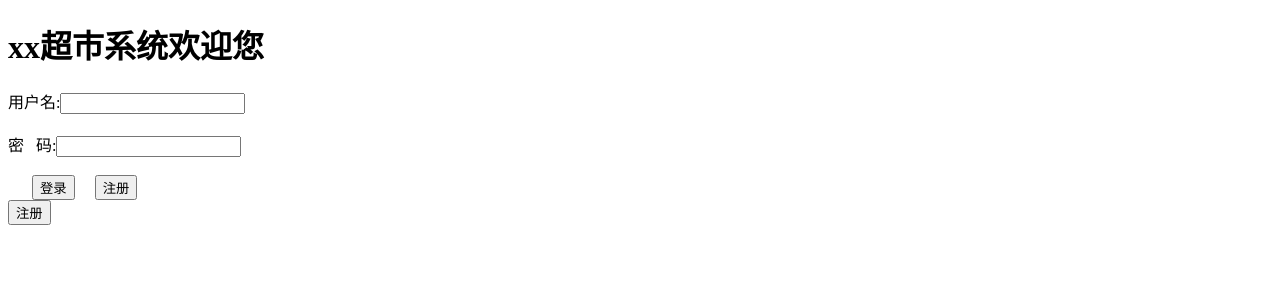
Repository: AAJAAJ/eclipse-workspace
Page: http://localhost/Supermarket/login.jsp
These files come from the project's save history. The page is drawn as it stood at one moment and after the next save; the edit follows.
The browser window is 1280 px wide. The pictures show the whole page.
The page is served by Tomcat 9. Other server files are loaded and not shown.

Above is the page before, as saved 2019-09-26 02:11:20.

### Supermarket/WebContent/login.jsp
<%@ page language="java" contentType="text/html; charset=UTF-8"
    pageEncoding="UTF-8"%>
<!DOCTYPE html>
<html>
<head>
<meta charset="UTF-8">
<title>Insert title here</title>
</head>
<body>
	<h1>xx超市系统欢迎您</h1>
	<form action="show.jsp" method="post">
		<div id="err"><span></span></div>
		用户名:<input type="text" name="username" id="username" />
		<br /><br />
		密&nbsp;&nbsp;&nbsp;码:<input type="text" name="password" id="password" />
		<br /><br />
		&nbsp;&nbsp;&nbsp;&nbsp;&nbsp;
		<input type="submit" value="登录"/>
		&nbsp;&nbsp;&nbsp;
		<input type="submit" value="注册"/>
		<br />
		<div id="err"><span></span></div>

	</form>
	<input type="button" onclick="signin()" value="注册"/>

	<script src="./js/jquery-3.1.1.js"></script>
	<script>
	function signin(){
		location.href='signin.jsp'
	}
	$(function(){
		$('form').on('blur','#username',function(){
			 //获取用户输入的用户名
			var username = $('#username').val();
			 var password = $('#password').val();
			//将获取到的用户名发送到后台,对比数据库中已有的用户名进行判断
			$.ajax({
				url:'LoginServlet',
				type:'post',
				data:{
					"username":username,
					"password":password
				},
				success:function(data){
					$('#err').next().text(data);
				},
				error:function(){
					$('#err').next().text("提交失败");
				}
			})

		})
	})





	</script>
</body>
</html>

Loaded but not shown: Supermarket/WebContent/js/jquery-3.1.1.js (library)

After the next save:
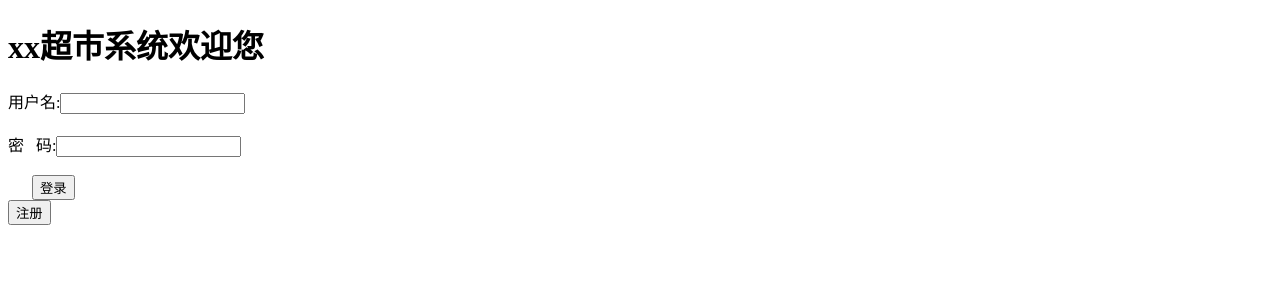
Saved 25 s later.
--- a/Supermarket/WebContent/login.jsp
+++ b/Supermarket/WebContent/login.jsp
@@ -16,8 +16,6 @@
 		<br /><br />
 		&nbsp;&nbsp;&nbsp;&nbsp;&nbsp;
 		<input type="submit" value="登录"/>
-		&nbsp;&nbsp;&nbsp;
-		<input type="submit" value="注册"/>
 		<br />
 		<div id="err"><span></span></div>
 
